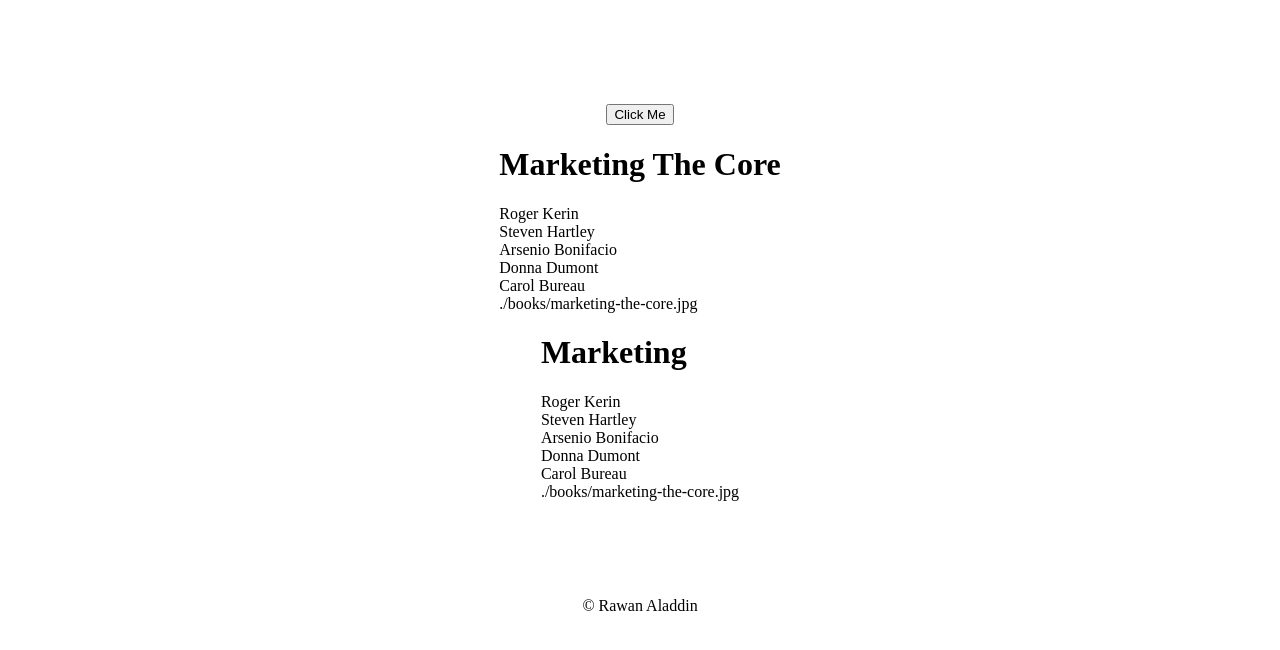
Repository: Aladdin3r/mdia2109
Page: / (app in a01386700_aladdin_assessment_3/), after clicking the first element matching `button`
These files come from the project's save history. The page is drawn as it stood at one moment and after the next save; the edit follows.
The browser window is 1280 px wide. The pictures show the whole page.
The project was rebuilt for these pictures with package versions that can differ from the ones it lists, and the page was loaded fresh each time. The framework's server and built-in components were replaced by stand-ins that run in the browser. Also part of the build but not shown: a01386700_aladdin_assessment_3/next.config.mjs.

Above is the page before, as saved 2024-02-13 13:54:52.

### a01386700_aladdin_assessment_3/pages/index.js
import Head from "next/head";
import styles from "@/styles/Home.module.css";
import Footer from "@/components/Footer";
import { inventory } from "@/data/books";
import { useState } from "react";

export default function Home() {

  const [data, setData] = useState();

  const addingData = () => {
    console.log("here");
    setData(inventory);
    console.log(inventory);
  }

  return (
    <>
      <Head>
        <title>BCIT Book Store</title>
        <meta name="description"
        content=
        "All online pick-up orders are available at the Burnaby Campus Bookstore (SE2). Please allow 2-3 business days for order processing."
       />
        <meta name="viewport" content="width=device-width, initial-scale=1" />
        <link rel="icon" href="/favicon.ico" />
      </Head>
      <main className={`${styles.main}`}>
        <button onClick={() => addingData()}>Click Me</button>
        {
          data && data.books.map((b, index) => {
            if(b.edition == 6) {
              return(
                <div key={index}>
                  <h1>{b.title}</h1>
                  {
                    b.authors && b.authors.map((a, ind) => {
                      return(
                        <div key={ind}>
                          {a}
                        </div>
                      )
                    })
                  }
                    {b.image}
                </div>
              )
            }
          })

        }
      </main>
      <Footer/>
    </>
  );
}

### a01386700_aladdin_assessment_3/styles/globals.css
:root {
 background-color: #fff;
 --highlight: #FFF400;
 --blue: #003C71;
 --white-text: #fff;
 --product-background: rgb(245,245,245);
}

### a01386700_aladdin_assessment_3/styles/Home.module.css
.main {
  display: flex;
  flex-direction: column;
  justify-content: space-between;
  align-items: center;
  padding: 6rem;
  min-height: 20vh;
}

### a01386700_aladdin_assessment_3/components/Footer/index.js
import styles from './Footer.module.css'

export default function Footer() {
    return(
        <footer className={styles.footer}>
            &#xa9; Rawan Aladdin
        </footer>
    )
}

### a01386700_aladdin_assessment_3/data/books.js
export const inventory = {
    books: [
        {
            course: "MKTG 1102",
            title: "Marketing The Core",
            authors: ["Roger Kerin", "Steven Hartley", "Arsenio Bonifacio", "Donna Dumont", "Carol Bureau"],
            edition: 6,
            image: "./books/marketing-the-core.jpg"
        },
        {
            course: "COMM 1120",
            title: "Business Communication Essentials",
            authors: ["Courtland Bovee", "John Thill"],
            edition: 5,
            image: "./books/business-communication-essentials.jpg"
        },
        {
            course: "COMM 2003",
            title: "The Bare Essentials",
            authors: ["Sarah Norton", "Brian Green", "Greg Holditch"],
            edition: 10,
            image: "./books/the-bare-essentials.jpg"
        },
        {
            course: "COMP 2121",
            title: "Discrete Mathematics",
            authors: ["Susanna Epp"],
            edition: 5,
            image: "./books/discrete-mathematics-with-applications.jpg"
        },
        {
            course: "COMP 2511",
            title: "C How to Program",
            authors: ["Paul Deitel", "Harvey Deitel"],
            edition: 9,
            image: "./books/c-how-to-program.jpg"
        },
        {
            course: "MKTG 3304",
            title: "Marketing",
            authors: ["Roger Kerin", "Steven Hartley", "Arsenio Bonifacio", "Donna Dumont", "Carol Bureau"],
            edition: 6,
            image: "./books/marketing-the-core.jpg"
        },
    ]
}

### a01386700_aladdin_assessment_3/components/Footer/Footer.module.css
.footer {
    display: flex;
    justify-content: center;
}

Loaded but not shown: a01386700_aladdin_assessment_3/pages/_app.js (common file); a01386700_aladdin_assessment_3/pages/_document.js (common file)

After the next save:
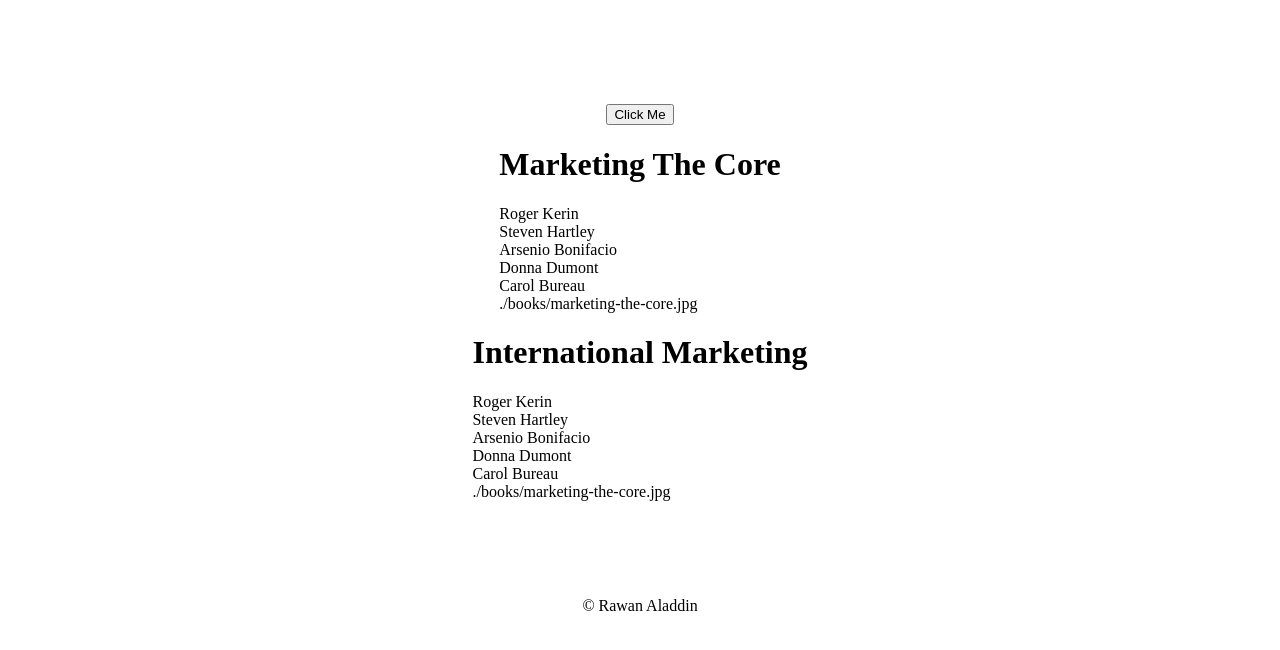
Saved 5 s later.
--- a/a01386700_aladdin_assessment_3/data/books.js
+++ b/a01386700_aladdin_assessment_3/data/books.js
@@ -37,7 +37,7 @@ export const inventory = {
         },
         {
             course: "MKTG 3304",
-            title: "Marketing",
+            title: "International Marketing",
             authors: ["Roger Kerin", "Steven Hartley", "Arsenio Bonifacio", "Donna Dumont", "Carol Bureau"],
             edition: 6,
             image: "./books/marketing-the-core.jpg"
